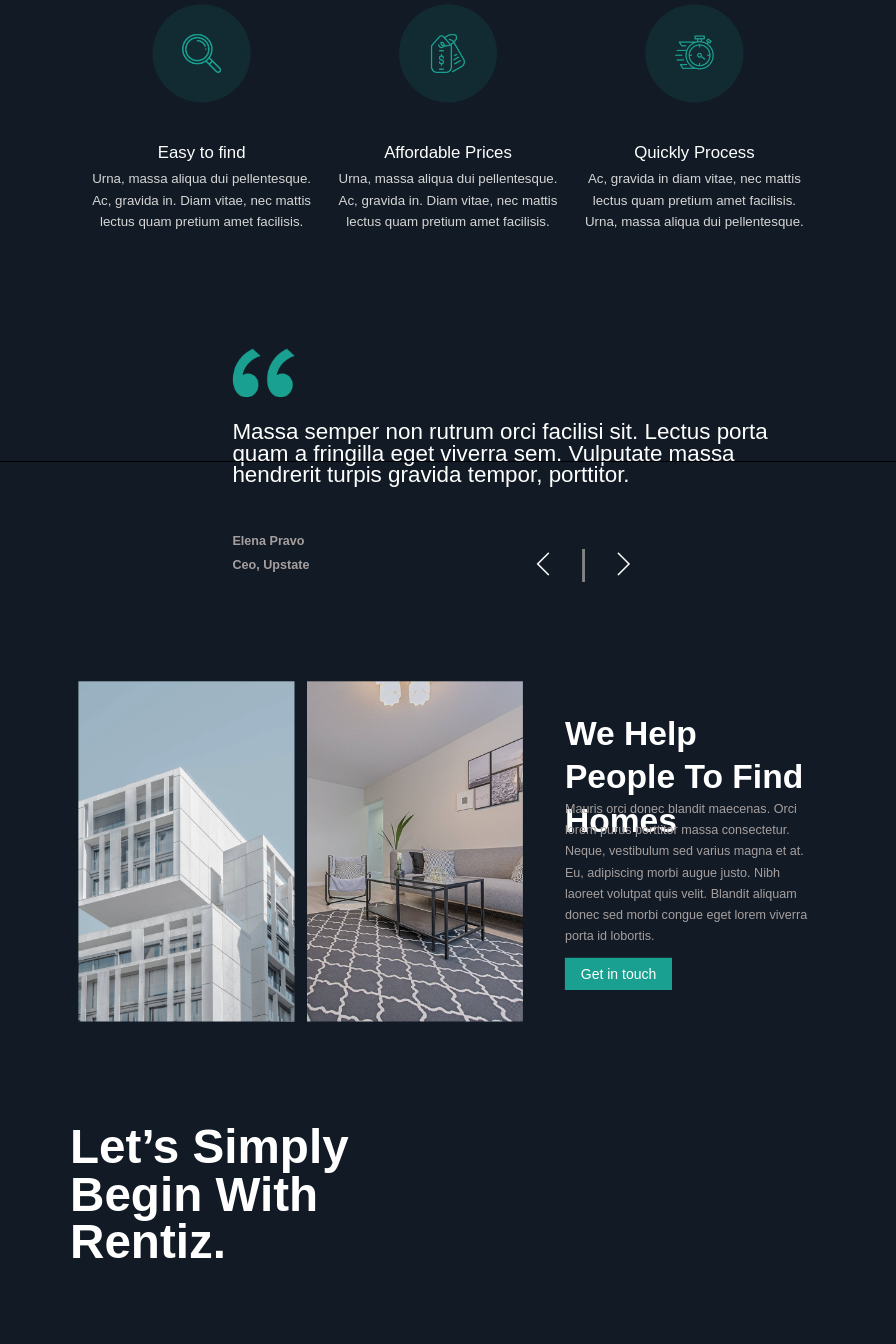
Repository: tung1233hhhhhhhhhhhhh/WebClone-Home
Page: index.html
An editor plug-in stored every save of this project. The page is shown before and after the next save, followed by the edit.
The browser window is 1280 px wide. The pictures show the part of the page from y = 2245 to 4165 px (the page is 4165 px tall), at 70% of full size.

Above is the page before, as saved 2023-05-24 21:46:19.

### index.html
<!DOCTYPE html>
<html lang="en">

<head>
    <meta charset="UTF-8">
    <meta http-equiv="X-UA-Compatible" content="IE=edge">
    <meta name="viewport" content="width=device-width, initial-scale=1.0">
    <title>Document</title>
    <link rel="stylesheet" href="./assets/css/main.css">
    <link rel="stylesheet" href="./assets/css/root.css">
    <link rel="stylesheet" href="./assets/fonts/themify-icons/themify-icons.css">
</head>

<body>
    <div id="hearder">
        <div class="nav">
            <div class="nav-brand">
                <img src="./assets/img/logo.png" alt="">
            </div>
            <ul class="nav-list">
                <li><a href="">Home</a></li>
                <li><a href="">About Us</a></li>
                <li><a href="">Buying</a></li>
                <li><a href="">Renting</a> </li>
                <li><a href="">Selling</a> </li>
                <li><a href="">Contant Us</a> </li>
                <li><a href="">Pages
                        <i class="ti-angle-down"></i>
                    </a> </li>
                <li><button class="nav-btn-login">Login</button></li>
                <li><button class="nav-btn-signup">Sign Up</button></li>
            </ul>
        </div>
    </div>

    <!--billboard  -->

    <div id="billboard">
        <div class="container">
            <div class="main">
                <div class="billboard-text">
                    <h1>Perfect Way To Buy And Sell A Home</h1>
                    <p>Diam vitae, nec mattis lectus quam pretium amet facilisis. Urna, massa aliqua dui pellentesque.
                        Ac, gravida in eget non amet eget purus non.</p>
                    <div class="navbar-billboard">
                        <div class="container-billboard">

                            <div class="billboard-select">
                                <select name="" id="" class="form-select">
                                    <option value="">Purpose</option>
                                    <option value="">Buy</option>
                                    <option value="">Action</option>
                                    <option value="">Something else here</option>
                                </select>
                            </div>
                            <div class="billboard-select">
                                <select name="" id="" class="form-select">
                                    <option value="">Location</option>
                                    <option value="">Action</option>
                                    <option value="">Another action</option>
                                    <option value="">Something else here</option>
                                </select>
                            </div>
                            <div class="billboard-select">
                                <select name="" id="" class="form-select">
                                    <option value="">Action</option>
                                    <option value="">Another action</option>
                                    <option value="">Something else here</option>
                                    <option value="">Type</option>
                                </select>
                            </div>
                            <div class="billboard-btn">
                                <button class="btn-select">Search</button>
                            </div>
                        </div>
                    </div>
                </div>

                <div class="billboard-img"></div>

            </div>
        </div>
    </div>

    <!-- feature -->

    <div id="feature">
        <div class="container">
            <div class="feature-row">
                <h2>Featured In</h2>
            </div>
            <div class="feature-row row-logo">
                <div class="feature-logo">
                    <img src="./assets/img/logo1.png" alt="">
                </div>
                <div class="feature-logo">
                    <img src="./assets/img/logo2.png" alt="">
                </div>
                <div class="feature-logo">
                    <img src="./assets/img/logo3.png" alt="">
                </div>
                <div class="feature-logo">
                    <img src="./assets/img/logo4.png" alt="">
                </div>
                <div class="feature-logo">
                    <img src="./assets/img/logo6.png" alt="">
                </div>
            </div>
        </div>
    </div>

    <!-- residence -->

    <div id="residence">
        <div class="container">
            <h2 class="text-residence">Popular Residence</h2>
            <div class="btn-next"></div>
            <div class="btn-prev"></div>
            <div class="residence-content">
                <div class="wrapper-residence">
                    <div class="box-slide">
                        <div class="card">
                            <img src="./assets/img/katie-musial-Zf5zT1torbg-unsplash.png" alt="">
                            <div class="card-text">
                                <h5>Aliva Priva Jalvin</h5>
                                <p>1087 Pin Oak Drive, Clinton, USA</p>
                                <div class="card-logo">
                                    <ul>
                                        <li class="logo-list">
                                            <img src="./assets/img/bed.png" alt="">
                                            4 bed
                                        </li>
                                        <li class="logo-list">
                                            <img src="./assets/img/bath.png" alt="">
                                            2 bath
                                        </li>
                                        <li class="logo-list">
                                            <img src="./assets/img/square.png" alt="">
                                            1203 Sqft.
                                        </li>
                                    </ul>
                                </div>
                            </div>

                        </div>
                    </div>

                    <div class="box-slide">
                        <div class="card">
                            <img src="./assets/img/lance-anderson-QdAAasrZhdk-unsplash.png" alt="">
                            <div class="card-text">
                                <h5>Aliva Priva Jalvin</h5>
                                <p>1087 Pin Oak Drive, Clinton, USA</p>
                                <div class="card-logo">
                                    <ul>
                                        <li class="logo-list">
                                            <img src="./assets/img/bed.png" alt="">
                                            4 bed
                                        </li>
                                        <li class="logo-list">
                                            <img src="./assets/img/bath.png" alt="">
                                            2 bath
                                        </li>
                                        <li class="logo-list">
                                            <img src="./assets/img/square.png" alt="">
                                            1203 Sqft.
                                        </li>
                                    </ul>
                                </div>
                            </div>
                        </div>
                    </div>

                    <div class="box-slide">
                        <div class="card">
                            <img src="./assets/img/pexels-scott-webb-532569.png" alt="">
                            <div class="card-text">
                                <h5>Aliva Priva Jalvin</h5>
                                <p>1087 Pin Oak Drive, Clinton, USA</p>
                                <div class="card-logo">
                                    <ul>
                                        <li class="logo-list">
                                            <img src="./assets/img/bed.png" alt="">
                                            4 bed
                                        </li>
                                        <li class="logo-list">
                                            <img src="./assets/img/bath.png" alt="">
                                            2 bath
                                        </li>
                                        <li class="logo-list">
                                            <img src="./assets/img/square.png" alt="">
                                            1203 Sqft.
                                        </li>
                                    </ul>
                                </div>
                            </div>
                        </div>
                    </div>

                    <div class="box-slide">
                        <div class="card">
                            <img src="./assets/img/katie-musial-Zf5zT1torbg-unsplash.png" alt="">
                            <div class="card-text">
                                <h5>Aliva Priva Jalvin</h5>
                                <p>1087 Pin Oak Drive, Clinton, USA</p>
                                <div class="card-logo">
                                    <ul>
                                        <li class="logo-list">
                                            <img src="./assets/img/bed.png" alt="">
                                            4 bed
                                        </li>
                                        <li class="logo-list">
                                            <img src="./assets/img/bath.png" alt="">
                                            2 bath
                                        </li>
                                        <li class="logo-list">
                                            <img src="./assets/img/square.png" alt="">
                                            1203 Sqft.
                                        </li>
                                    </ul>
                                </div>
                            </div>

                        </div>
                    </div>

                    <div class="box-slide">
                        <div class="card">
                            <img src="./assets/img/lance-anderson-QdAAasrZhdk-unsplash.png" alt="">
                            <div class="card-text">
                                <h5>Aliva Priva Jalvin</h5>
                                <p>1087 Pin Oak Drive, Clinton, USA</p>
                                <div class="card-logo">
                                    <ul>
                                        <li class="logo-list">
                                            <img src="./assets/img/bed.png" alt="">
                                            4 bed
                                        </li>
                                        <li class="logo-list">
                                            <img src="./assets/img/bath.png" alt="">
                                            2 bath
                                        </li>
                                        <li class="logo-list">
                                            <img src="./assets/img/square.png" alt="">
                                            1203 Sqft.
                                        </li>
                                    </ul>
                                </div>
                            </div>
                        </div>
                    </div>

                    <div class="box-slide">
                        <div class="card">
                            <img src="./assets/img/pexels-scott-webb-532569.png" alt="">
                            <div class="card-text">
                                <h5>Aliva Priva Jalvin</h5>
                                <p>1087 Pin Oak Drive, Clinton, USA</p>
                                <div class="card-logo">
                                    <ul>
                                        <li class="logo-list">
                                            <img src="./assets/img/bed.png" alt="">
                                            4 bed
                                        </li>
                                        <li class="logo-list">
                                            <img src="./assets/img/bath.png" alt="">
                                            2 bath
                                        </li>
                                        <li class="logo-list">
                                            <img src="./assets/img/square.png" alt="">
                                            1203 Sqft.
                                        </li>
                                    </ul>
                                </div>
                            </div>
                        </div>
                    </div>


                </div>
            </div>
            <div class="residence-btn">
                <button>View all properties</button>
            </div>
        </div>
    </div>

    <!-- about-us -->

    <div id="about-us">
        <div class="container">
            <div class="main">
                <h2>Why To Choose Us</h2>
                <div class="about-content">
                    <div class="about-box">
                        <img src="./assets/img/search.png" alt="">
                        <h4>Easy to find</h4>
                        <p>Urna, massa aliqua dui pellentesque. Ac, gravida in. Diam vitae, nec mattis lectus quam
                            pretium amet facilisis.</p>
                    </div>
                    <div class="about-box">
                        <img src="./assets/img/price.png" alt="">
                        <h4>Affordable Prices</h4>
                        <p>Urna, massa aliqua dui pellentesque. Ac, gravida in. Diam vitae, nec mattis lectus quam
                            pretium amet facilisis.</p>
                    </div>
                    <div class="about-box">
                        <img src="./assets/img/time.png" alt="">
                        <h4>Quickly Process</h4>
                        <p>Ac, gravida in diam vitae, nec mattis lectus quam pretium amet facilisis. Urna, massa aliqua
                            dui pellentesque.
                    </div>
                </div>
            </div>
        </div>
    </div>

    <!-- testimonial -->

    <div id="testimonial">
        <div class="container">
            <div class="testimonial-main">
                <div class="testimonial-wrapper">
                    <div class="slide-list">
                        <div class="slide-content">
                            <div class="slide-box">
                                <img src="./assets/img/quote.png" alt="">
                                <P>Massa semper non rutrum orci facilisi sit. Lectus porta quam a fringilla
                                    eget viverra sem. Vulputate massa hendrerit turpis gravida tempor, porttitor.</P>
                                <h1>Elena Pravo</h1>
                                <h2>Ceo, Upstate</h2>
                            </div>
                        </div>
                    </div>
                    <div class="slide-list">
                        <div class="slide-content">
                            <div class="slide-box">
                                <img src="./assets/img/quote.png" alt="">
                                <P>Massa semper non rutrum orci facilisi sit. Lectus porta quam a fringilla
                                    eget viverra sem. Vulputate massa hendrerit turpis gravida tempor, porttitor.</P>
                                <h1>Elena Pravo</h1>
                                <h2>Ceo, Upstate</h2>
                            </div>
                        </div>
                    </div>
                    <div class="slide-list">
                        <div class="slide-content">
                            <div class="slide-box">
                                <img src="./assets/img/quote.png" alt="">
                                <P>Massa semper non rutrum orci facilisi sit. Lectus porta quam a fringilla
                                    eget viverra sem. Vulputate massa hendrerit turpis gravida tempor, porttitor.</P>
                                <h1>Elena Pravo</h1>
                                <h2>Ceo, Upstate</h2>
                            </div>
                        </div>
                    </div>
                </div>
                <div class="testimonial-btn">
                    <div class="testimonial-prev">
                        <i class="ti-angle-left"></i>
                    </div>
                    <span>|</span>
                    <div class="testimonial-next">
                        <i class="ti-angle-right"></i>
                    </div>
                </div>
            </div>
        </div>
    </div>


    <!-- help -->

    <div id="help">
        <div class="container">
            <div class="help-main">
                <div class="help-img">
                    <img src="./assets/img/Group 1.png" alt="">
                </div>
                <div class="help-text">
                    <h2>We Help People To Find Homes</h2>
                    <p>Mauris orci donec blandit maecenas. Orci lorem purus porttitor massa consectetur. Neque,
                        vestibulum sed varius magna et at. Eu, adipiscing morbi augue justo. Nibh laoreet volutpat quis
                        velit. Blandit aliquam donec sed morbi congue eget lorem viverra porta id lobortis.</p>
                    <button>Get in touch</button>
                </div>
            </div>
        </div>
    </div>

    <!-- start -->

    <div id="start">
        <div class="container">
            <div class="start-main">
                <div class="start-left">
                    <h1>Let’s simply begin with rentiz.</h1>
                </div>
                <div class="start-right"></div>
            </div>
        </div>
    </div>


</body>

</html>

### assets/css/root.css
:root {
    --accent-color: #1AA090;
    --dark-color: #121B25;
    --grey-color: #83898F;
    --body-text-color: #FFFFFF;
    --light-text-color: #a69f9f;
    --link-color: #092035;
}

Loaded but not shown: assets/fonts/themify-icons/themify-icons.css (common file); assets/css/main.css (557 lines, source omitted)

After the next save:
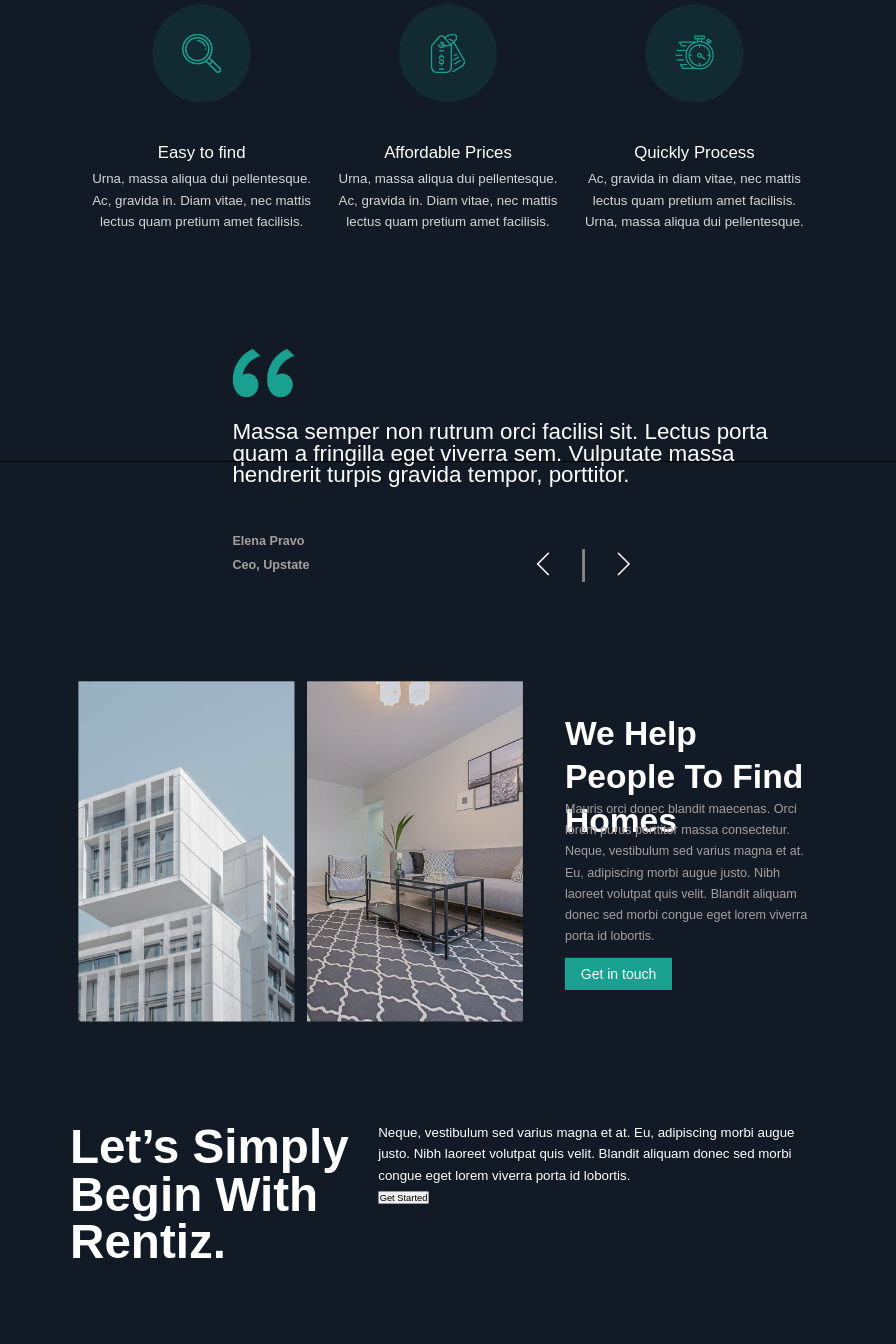
Saved 71 s later.
--- a/index.html
+++ b/index.html
@@ -396,7 +396,12 @@
                 <div class="start-left">
                     <h1>Let’s simply begin with rentiz.</h1>
                 </div>
-                <div class="start-right"></div>
+                <div class="start-right">
+                    <p>Neque, vestibulum sed varius magna et at. Eu, adipiscing morbi augue justo. Nibh
+                        laoreet volutpat quis velit. Blandit aliquam donec sed morbi congue eget lorem viverra porta id
+                        lobortis.</p>
+                    <button>Get Started</button>
+                </div>
             </div>
         </div>
     </div>
